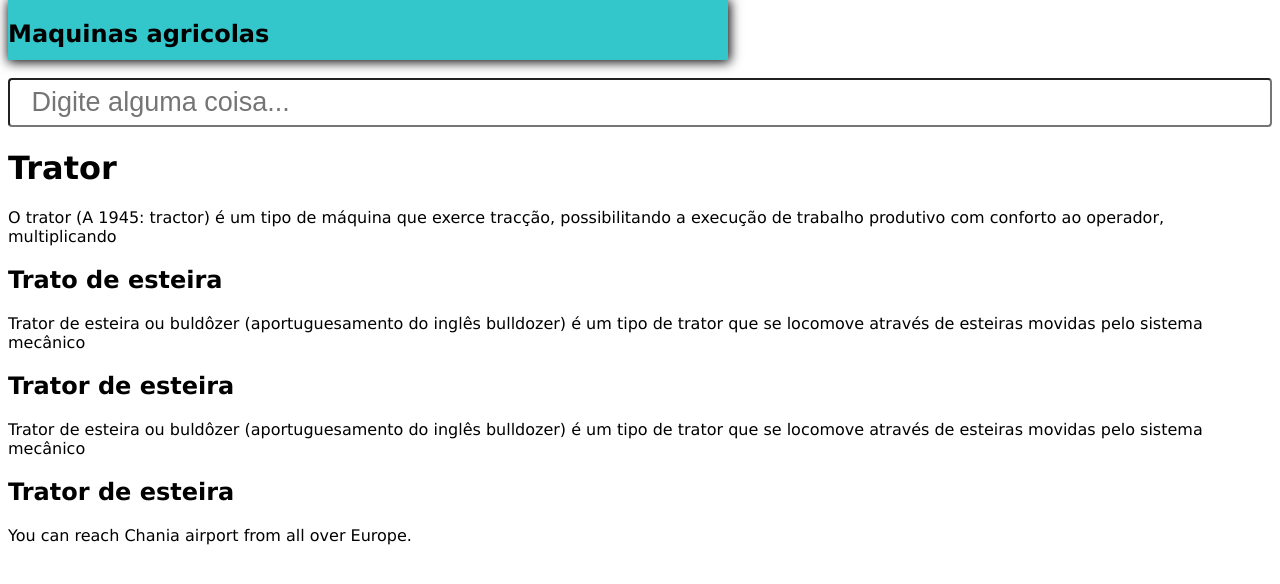
Repository: ecrseer/pesquisa-carros-html
Page: news.html
An editor plug-in stored every save of this project. The page is shown before and after the next save, followed by the edit.
The browser window is 1280 px wide. The pictures show the whole page.

Above is the page before, as saved 2022-01-21 16:32:25.

### news.html
<!doctype html>

<html lang="pt-br">
  <html lang="pt-br">
    <head>
        <meta charset="UTF-8"/>
        <meta name="viewport" content="width=device-width,
        initial-scale=1.0"/>
        <meta http-equiv="X-UA-Compatible" content="ie=edge">
        <title>Vendarro LTDA</title>

  <link rel="stylesheet" href="news.css">

</head>

<body>
    <nav class="header">
        <h1>Maquinas agricolas</h1>

      </nav>
      <div class="">
        <div class="espaco"></div>
        <div class="row">
               <input type="text" class="maxwidth borda-redonda"
               placeholder="Digite alguma coisa...">
        </div>


        <div class="row">
          <h1>Trator</h1>
          <p>O trator (A 1945: tractor) é um tipo de máquina que exerce tracção, possibilitando a execução de trabalho produtivo com conforto ao operador, multiplicando </p>
        </div>

        <div class="col-3 col-s-12">
          <div class="aside">
            <h2>Trato de esteira</h2>
            <p>Trator de esteira ou buldôzer (aportuguesamento do inglês bulldozer) é um tipo de trator que se locomove através de esteiras movidas pelo sistema mecânico</p>
            <h2>Trator de esteira</h2>
            <p>Trator de esteira ou buldôzer (aportuguesamento do inglês bulldozer) é um tipo de trator que se locomove através de esteiras movidas pelo sistema mecânico</p>
            <h2>Trator de esteira</h2>
            <p>You can reach Chania airport from all over Europe.</p>

          </div>
        </div>


      </div>

  <script src="scripts.js"></script>

</body>
</html>

### news.css
* {
    box-sizing: border-box;
    --topbar-altura:60px;
  }

  html {
    font-family: "Lucida Sans", sans-serif;
  }
  .espaco{
    height: calc(var(--topbar-altura) + 10px);
  }
  .maxwidth{
    width: 100%;
  }
  .borda-redonda{
    border-radius: 4px;
  }
  input{
    padding: 1vh;
    padding-left: 3vh;
    font-size: 27px;
  }

  .header {
    background-color: #33c7cc;
    position: fixed;
    top:0;
    width: 100vh;
    max-height: var(--topbar-altura);
    box-shadow: 1px 1px 11px 1px;
  }

### scripts.js
function recurs(nmbr){

    if (nmbr==1)
    return 1;
    else
    arr.push(3*recurs(nmbr-1));
}

let
    isWhite = false,
    arr=[];
    let
    fixo=new Array(5);

    fixo[0]='E';
    fixo[4]='S';
    console.log(fixo);


function changeTheme(){
    isWhite ? document.querySelector("body").style.backgroundColor='#010101' :
    document.querySelector("body").style.backgroundColor='#fff';

    isWhite= !isWhite;

    function hapn(){
        console.log('data');
    }

    console.log(arr);
}

After the next save:
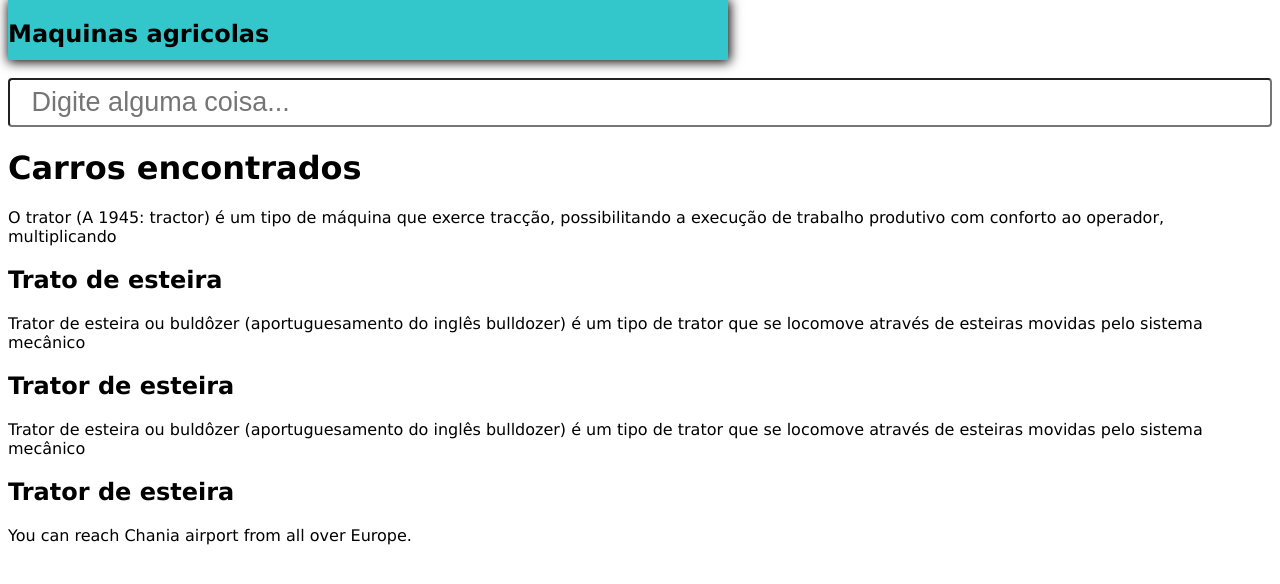
Saved 26 s later.
--- a/news.html
+++ b/news.html
@@ -27,7 +27,7 @@
 
 
         <div class="row">
-          <h1>Trator</h1>
+          <h1>Carros encontrados</h1>
           <p>O trator (A 1945: tractor) é um tipo de máquina que exerce tracção, possibilitando a execução de trabalho produtivo com conforto ao operador, multiplicando </p>
         </div>
 
